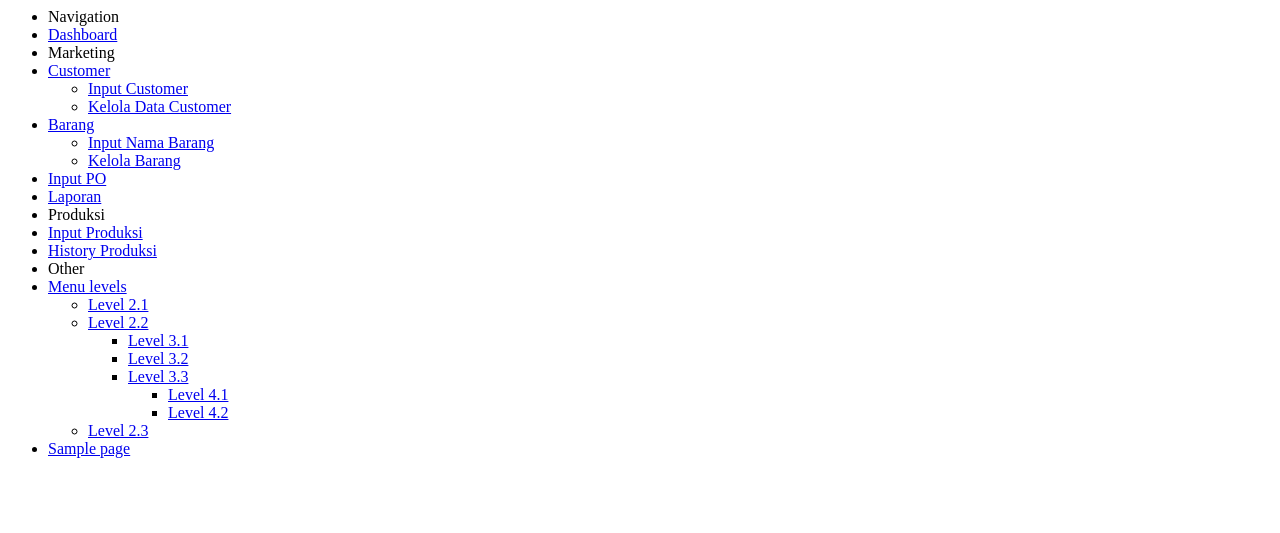
Repository: FUPEL/RDP
Page: src/html/layouts/menu-list.html
The author's editor kept a copy of each file at every save. The page is drawn from the files as they stood at one save, then again after the next save.
The browser window is 1280 px wide. The pictures show the whole page.

Above is the page before, as saved 2025-07-31 10:21:03.

### src/html/layouts/menu-list.html
<ul class="pc-navbar">
  <li class="pc-item pc-caption">
    <label>Navigation</label>
  </li>
  <li class="pc-item" data-role="Direktur,Marketing,Produksi">
    <a href="../dashboard/index.html" class="pc-link">
      <span class="pc-micon">
        <i data-feather="home"></i>
      </span>
      <span class="pc-mtext">Dashboard</span>
    </a>
  </li>
  <li class="pc-item pc-caption" data-role="Direktur,Marketing">
    <label>Marketing</label>
    <i data-feather="box"></i>
  </li>
  <li class="pc-item pc-hasmenu" data-role="Direktur,Marketing">
    <a href="#!" class="pc-link">
      <span class="pc-micon">
        <i data-feather="users"></i>
      </span>
      <span class="pc-mtext">Customer</span>
      <span class="pc-arrow">
        <i data-feather="chevron-right"></i>
      </span>
    </a>
    <ul class="pc-submenu">
      <li class="pc-item">
        <a class="pc-link" href="../pages/input-new-customer.html">Input Customer</a>
      </li>
      <li class="pc-item">
        <a class="pc-link" href="../pages/kelola-data.html">Kelola Data Customer</a>
      </li>
    </ul>
  </li>
  <li class="pc-item pc-hasmenu" data-role="Direktur,Marketing">
    <a href="#!" class="pc-link">
      <span class="pc-micon">
        <i data-feather="package"></i>
      </span>
      <span class="pc-mtext">Barang</span>
      <span class="pc-arrow">
        <i data-feather="chevron-right"></i>
      </span>
    </a>
    <ul class="pc-submenu">
      <li class="pc-item">
        <a class="pc-link" href="../pages/input-nama-barang.html">Input Nama Barang</a>
      </li>
      <li class="pc-item">
        <a class="pc-link" href="../pages/kelola-barang.html">Kelola Barang</a>
      </li>
    </ul>
  </li>
  <li class="pc-item" data-role="Direktur,Marketing">
    <a href="../pages/input-po.html" class="pc-link">
      <span class="pc-micon">
        <i data-feather="file-text"></i>
      </span>
      <span class="pc-mtext">Input PO</span>
    </a>
  </li>
  <li class="pc-item" data-role="Direktur,Marketing">
    <a href="../pages/laporan-po.html" class="pc-link">
      <span class="pc-micon">
        <i data-feather="clipboard"></i>
      </span>
      <span class="pc-mtext">Laporan</span>
    </a>
  </li>
  <li class="pc-item pc-caption" data-role="Direktur,Produksi">
    <label>Produksi</label>
    <i data-feather="tool"></i>
  </li>
  <li class="pc-item" data-role="Direktur,Produksi">
    <a href="../pages/Input-Produksi.html" class="pc-link">
      <span class="pc-micon">
        <i data-feather="edit-3"></i>
      </span>
      <span class="pc-mtext">Input Produksi</span>
    </a>
  </li>
  <li class="pc-item" data-role="Direktur,Produksi">
    <a href="../pages/history-produksi.html" class="pc-link">
      <span class="pc-micon">
        <i data-feather="clock"></i>
      </span>
      <span class="pc-mtext">History Produksi</span>
    </a>
  </li>
  <li class="pc-item pc-caption" data-role="Direktur">
    <label>Other</label>
    <i data-feather="align-left"></i>
  </li>
  <li class="pc-item pc-hasmenu" data-role="Direktur">
    <a href="#!" class="pc-link">
      <span class="pc-micon">
        <i data-feather="menu"></i>
      </span>
      <span class="pc-mtext">Menu levels</span>
      <span class="pc-arrow">
        <i data-feather="chevron-right"></i>
      </span>
    </a>
    <ul class="pc-submenu">
      <li class="pc-item">
        <a class="pc-link" href="#!">Level 2.1</a>
      </li>
      <li class="pc-item pc-hasmenu">
        <a href="#!" class="pc-link">
          Level 2.2
          <span class="pc-arrow">
            <i data-feather="chevron-right"></i>
          </span>
        </a>
        <ul class="pc-submenu">
          <li class="pc-item">
            <a class="pc-link" href="#!">Level 3.1</a>
          </li>
          <li class="pc-item">
            <a class="pc-link" href="#!">Level 3.2</a>
          </li>
          <li class="pc-item pc-hasmenu">
            <a href="#!" class="pc-link">
              Level 3.3
              <span class="pc-arrow">
                <i data-feather="chevron-right"></i>
              </span>
            </a>
            <ul class="pc-submenu">
              <li class="pc-item">
                <a class="pc-link" href="#!">Level 4.1</a>
              </li>
              <li class="pc-item">
                <a class="pc-link" href="#!">Level 4.2</a>
              </li>
            </ul>
          </li>
        </ul>
      </li>
      <li class="pc-item">
        <a class="pc-link" href="#!">Level 2.3</a>
      </li>
    </ul>
  </li>
  <li class="pc-item" data-role="Direktur">
    <a href="../other/sample-page.html" class="pc-link">
      <span class="pc-micon">
        <i data-feather="sidebar"></i>
      </span>
      <span class="pc-mtext">Sample page</span>
    </a>
  </li>
</ul>

After the next save:
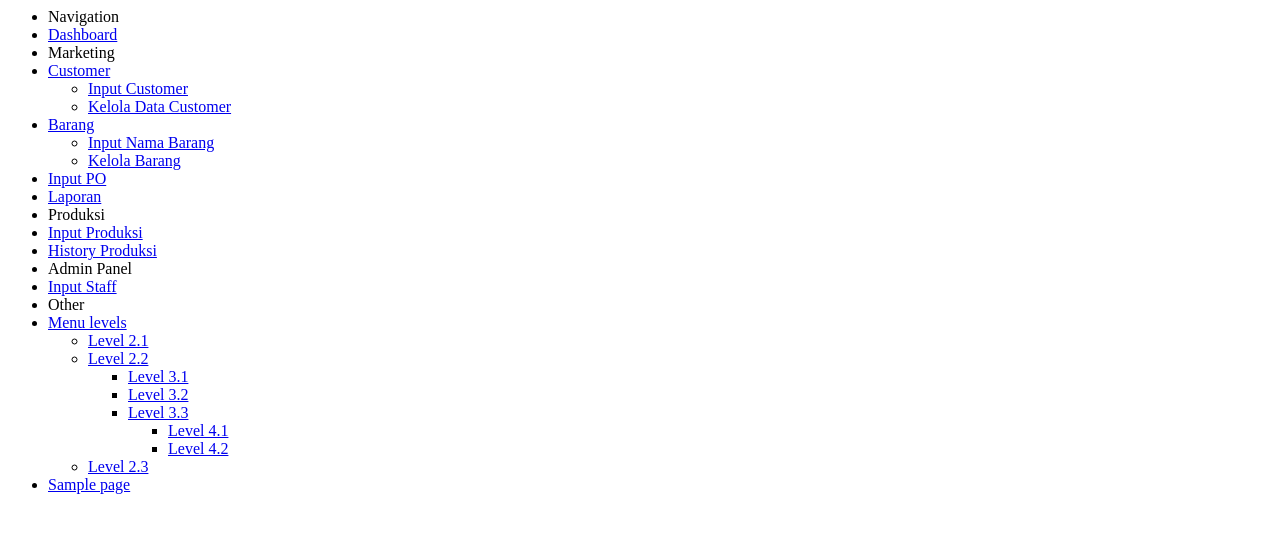
Saved 3 min 12 s later.
--- a/src/html/layouts/menu-list.html
+++ b/src/html/layouts/menu-list.html
@@ -88,6 +88,22 @@
       <span class="pc-mtext">History Produksi</span>
     </a>
   </li>
+
+  <!-- ============== KODE BARU DITAMBAHKAN DI SINI ============== -->
+  <li class="pc-item pc-caption" data-role="Direktur">
+    <label>Admin Panel</label>
+    <i data-feather="user-cog"></i>
+  </li>
+  <li class="pc-item" data-role="Direktur">
+    <a href="../pages/input-staff.html" class="pc-link">
+      <span class="pc-micon">
+        <i data-feather="user-plus"></i>
+      </span>
+      <span class="pc-mtext">Input Staff</span>
+    </a>
+  </li>
+  <!-- ========================================================= -->
+
   <li class="pc-item pc-caption" data-role="Direktur">
     <label>Other</label>
     <i data-feather="align-left"></i>
